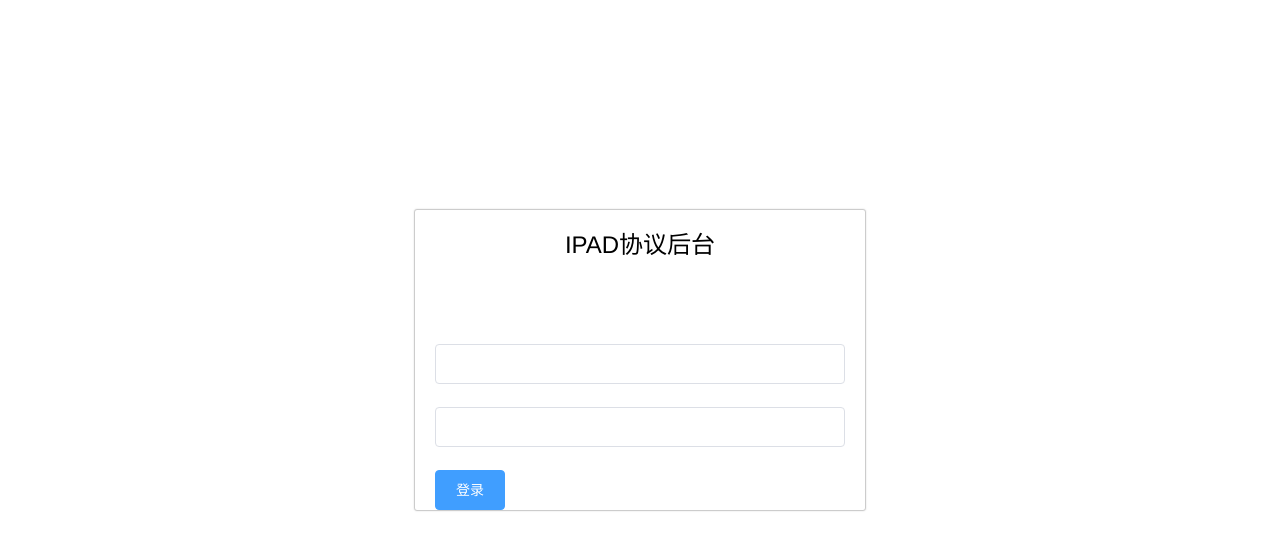
Repository: Iamanuan/ipad_admin
Page: /
The author's editor kept a copy of each file at every save. The page is drawn from the files as they stood at one save, then again after the next save.
The browser window is 1280 px wide. The pictures show the whole page.
The project was rebuilt for these pictures with package versions that can differ from the ones it lists, and the page was loaded fresh each time. Also part of the build but not shown: vue.config.js.

Above is the page before, as saved 2020-05-07 13:42:24.

After the next save:
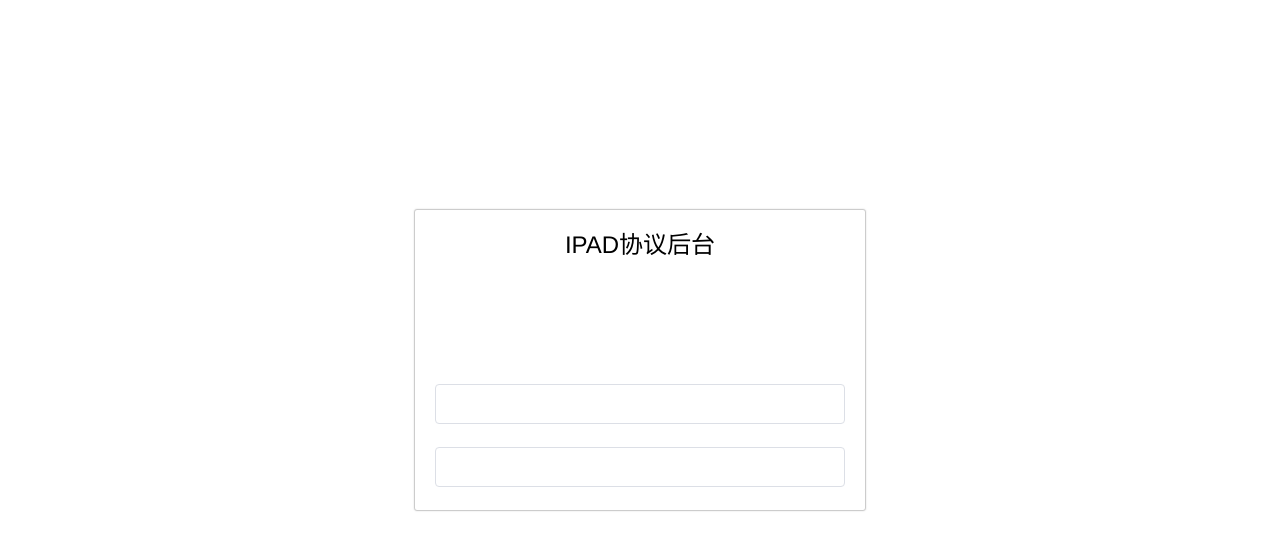
Saved 58 s later.
--- a/src/components/Login.vue
+++ b/src/components/Login.vue
@@ -11,7 +11,7 @@
         <el-form-item>
           <el-input></el-input>
         </el-form-item>
-        <el-button type="primary">登录</el-button>
+        <!-- 按钮区域 -->
       </el-form>
     </div>
   </div>
